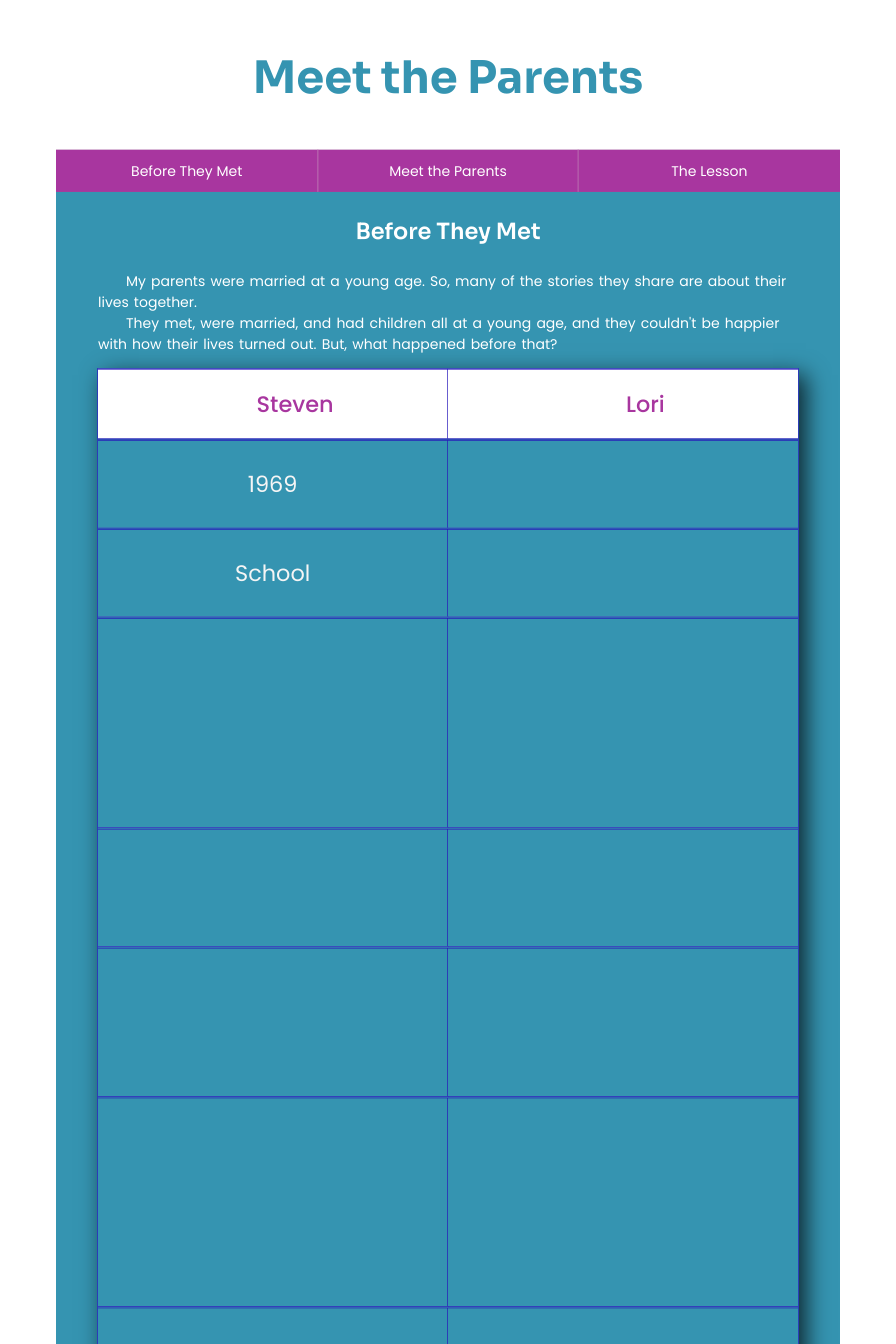
Repository: Sbethm/parents-tribute
Page: timeline.html
These files come from the project's save history. The page is drawn as it stood at one moment and after a run of saves; the edit follows.
The browser window is 1280 px wide. The pictures show the part of the page from y = 0 to 1920 px (the page is 3452 px tall before and 3412 px after), at 70% of full size.

Above is the page before, as saved 2021-02-24 13:19:43.

After the next 3 saves:
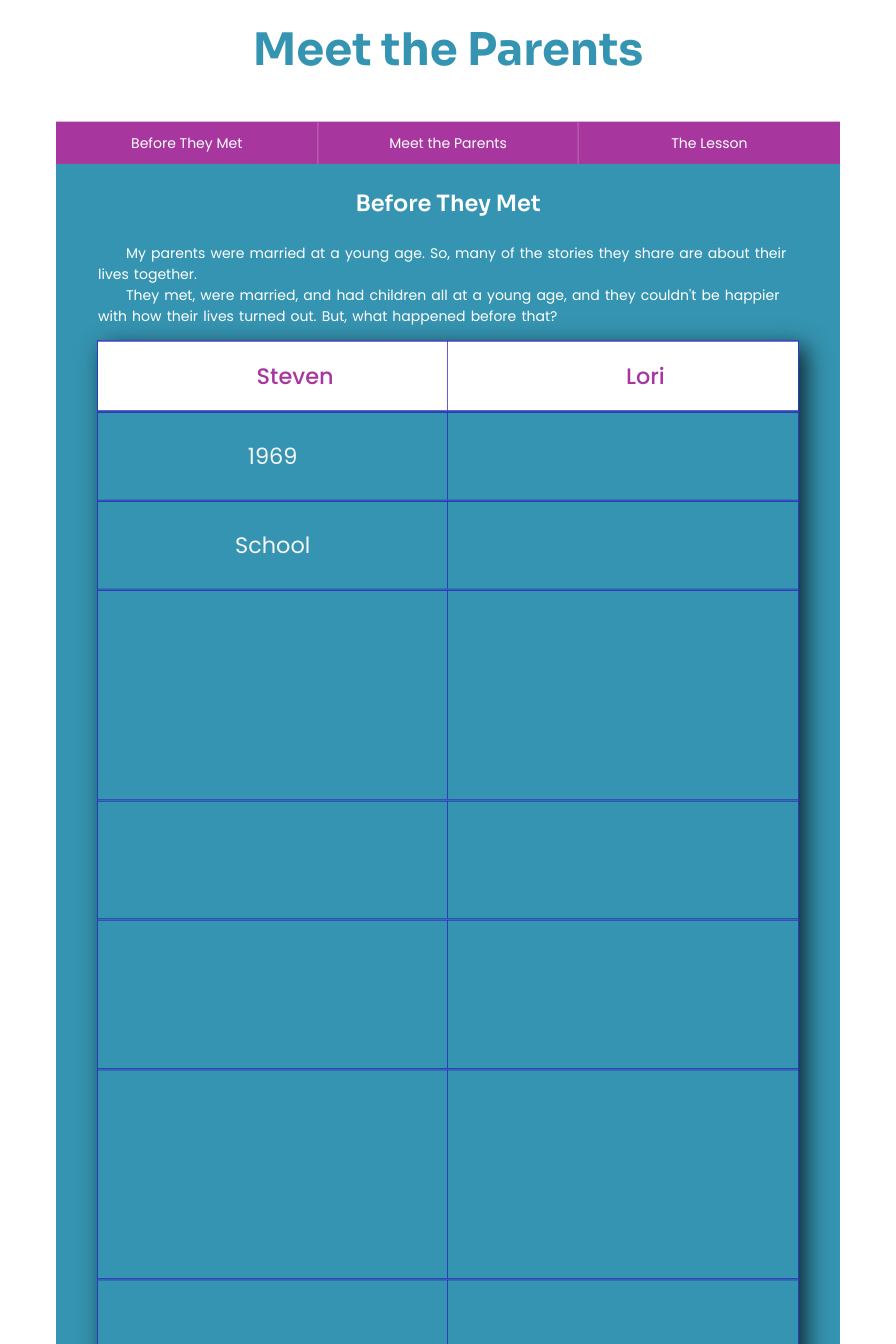
The 3 saves are shown as one change because they came seconds apart.
The last was saved 30 s later.
--- a/style.css
+++ b/style.css
@@ -557,6 +557,8 @@
 }
 
 /*COMPUTER*/@media screen and (min-width: 900px) and (max-width: 2000px) {
+
+    border-style: ;
 
     header {
         padding-top: 80px;

After the 2 saves that followed:
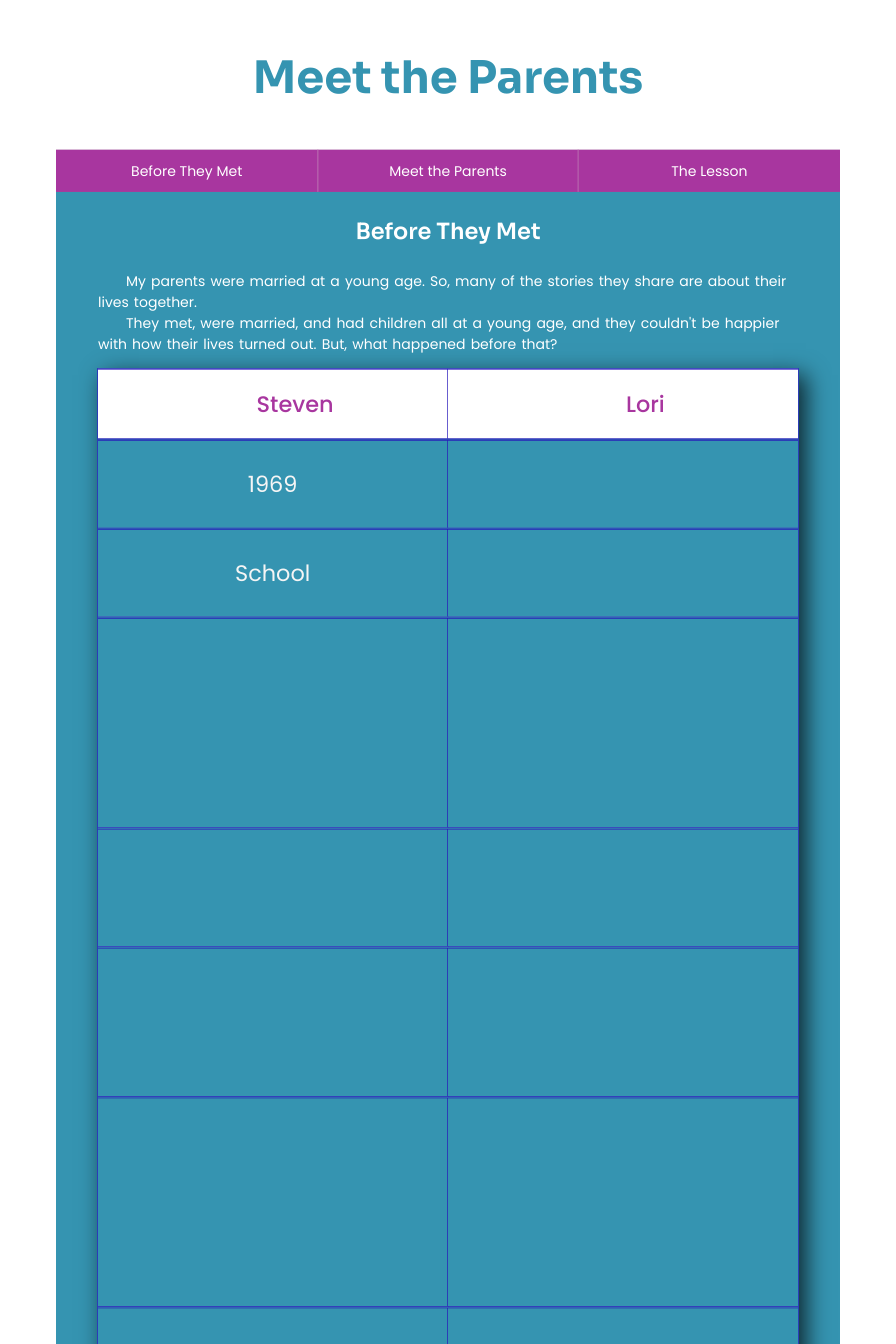
The 2 saves are shown as one change because 1 left the picture as it was.
The last was saved 86 s later.
--- a/style.css
+++ b/style.css
@@ -558,7 +558,9 @@
 
 /*COMPUTER*/@media screen and (min-width: 900px) and (max-width: 2000px) {
 
-    border-style: ;
+    body {
+
+    }
 
     header {
         padding-top: 80px;
